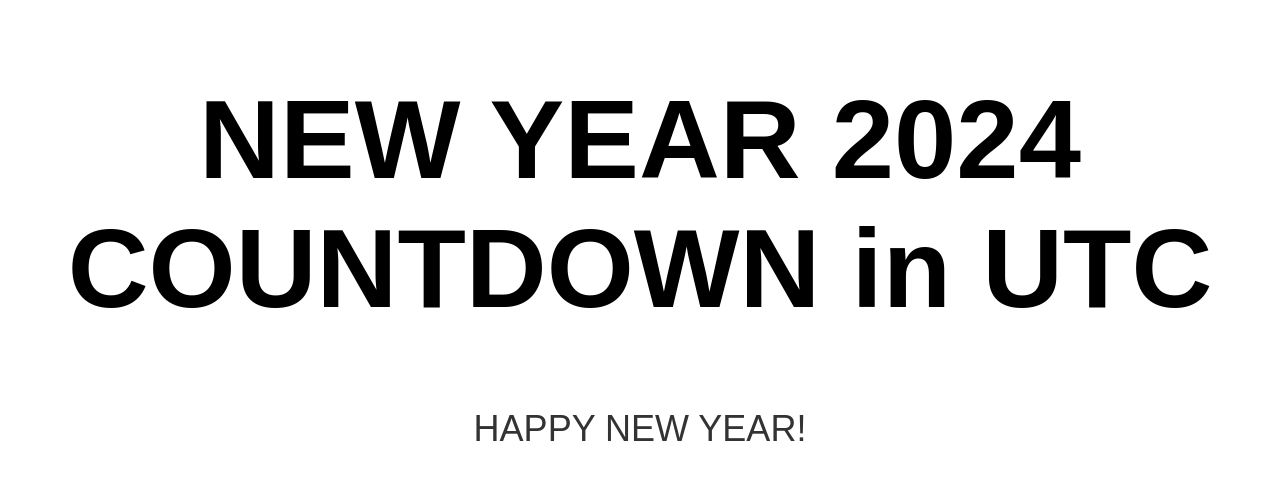
Repository: end888160/end888160.github.io
Page: countdown.html
An editor plug-in stored every save of this project. The page is shown before and after a run of saves, followed by the edit.
The browser window is 1280 px wide. The pictures show the whole page.

Above is the page before, as saved 2024-09-22 23:09:54.
Console error: TypeError: countdown is not a function

### countdown.html
<!DOCTYPE html>
<html lang="en">
<head>
	<meta charset="UTF-8">
	<meta name="viewport" content="width=device-width, initial-scale=1.0">
	<meta name="description" content="Let's celebrate the New Year!">
	<title>Countdown</title>
	<style>
	html {
		font-family: Arial, Helvetica, 'Gill Sans', 'Gill Sans MT', Calibri, 'Trebuchet MS', sans-serif;
	}
	#countdown {
		display: flex;
		justify-content: center;

		font-size: 5vh;
		margin-top: 5%;
		color: #333;
		border-color: white;


	}
	.counttdown-table {
		display: table;
	}

	.countdown-item {
		margin: 0 10px;
		text-align: center;
		display: table-cell;

	}

	.countdown-value {
		font-size: 2em;
		font-weight: bold;
		padding-left: 20px;
		padding-right: 20px;

	}

	.countdown-label {
		font-size: 0.6em;
		text-align: center;
		color: #777;
	}
	h1 {
		text-align: center;
		font-size: 7em;

	}

	@media (prefers-color-scheme: light) {
		html {
			background-color: white;
			color: black;
		}
		h2 {
			color:white;
		}
	}
	@media (prefers-color-scheme: dark) {
		.countdown-item {
			color: #bbb
		}
		h2 {
			color:black;
		}
		html {
			background-color: black;
			color: white;
		}
	}
	@media only screen and (orientation: portrait) {
		.countdown {
			display: table-row-group;
		}
		.countdown-item {
			display: table-row;
		}
		.countdown-label {
			display: table-cell;
			text-align: left;
		}
		.countdown-value {
			display: table-cell;
			padding-top: 15px;
			text-align: right;

		}
		h1 {
			font-size: x-large;
		}
	}
	</style>
</head>

<body>
	<h1 id="header">NEW YEAR COUNTDOWN</h1>

<div id="countdown">
	<div id="countdown-table">
	<div class="countdown-item">
		<div class="countdown-value"><span id="days"></span></div>
		<div class="countdown-label">Days</div>
	</div>

	<div class="countdown-item">
		<div class="countdown-value"><span id="hours"></span></div>
		<div class="countdown-label">Hours</div>
	</div>

	<div class="countdown-item">
		<div class="countdown-value"><span id="minutes"></span></div>
		<div class="countdown-label">Minutes</div>
	</div>

	<div class="countdown-item">
		<div class="countdown-value"><span id="seconds"></span></div>
		<div class="countdown-label">Seconds</div>
	</div>

	<div class="countdown-item">
		<div class="countdown-value"><span id="mseconds"></span></div>
		<div class="countdown-label"><br></div>
	</div>
</div>
</div>

<script>

// Update the count down every 1 second]
if ( new Date().getMonth() + 1 === 1 )  {
    var IfMonth = true
} else {
	var IfMonth = "false"
}
if ( new Date().getDate() === 1 )  {
    var IfDate = true
} else {
	var IfMonth = "false"
}
if ( IfMonth === IfDate ) {
    var countDownTarget = new Date().getFullYear();
} else {
	var countDownTarget = new Date().getFullYear() + 1;
}


var x = setInterval(function countdown() {

	// Set the date we're counting down to
	var countDownDate = new Date("Jan 1, " + countDownTarget + " 00:00:00").getTime();
	var currentTimeZone = Intl.DateTimeFormat().resolvedOptions().timeZone
	var offsetTimeZone = new Date().getTimezoneOffset();

	if (offsetTimeZone > 0){
    var offsetTimeZonem = offsetTimeZone - (Math.floor(offsetTimeZone / 60) * 60);
    } else if (offsetTimeZone < 0){
      var offsetTimeZonem = offsetTimeZone - (Math.ceil(offsetTimeZone / 60) * 60);
    }

    offsetTimeZone = (offsetTimeZone / 60) * (-1);
    if (offsetTimeZone > 0){
       var offsetTimeZone = "+" + offsetTimeZone;
    } else if (offsetTimeZonem < 10){
       var offsetTimeZonem = "0" + offsetTimeZonem;
	}

	// Get today's date and time
	var now = new Date().getTime();

	// Find the distance between now and the count down date
	var distance = countDownDate - now;

	// Time calculations for days, hours, minutes and seconds
	var days = Math.floor(distance / (1000 * 60 * 60 * 24));
	var hours = Math.floor((distance % (1000 * 60 * 60 * 24)) / (1000 * 60 * 60));
	var hour = hours < 10 ? "0" + hours : hours;
	var minutes = Math.floor((distance % (1000 * 60 * 60)) / (1000 * 60));
	var minute = minutes < 10 ? "0" + minutes : minutes;
	var seconds = Math.floor((distance % (1000 * 60)) / 1000);
	var second = seconds < 10 ? "0" + seconds : seconds;
	var mseconds = Math.floor(distance % 1000);
	var msecond = mseconds < 10 ? "0" + "0" + mseconds : mseconds < 100 ? "0" + mseconds : mseconds;

	// Display the result in the element with id="countdown"
	document.getElementById("days").innerHTML = days;
	document.getElementById("hours").innerHTML = hour;
	document.getElementById("minutes").innerHTML = minute;
	document.getElementById("seconds").innerHTML = second;
	document.getElementById("mseconds").innerHTML = msecond;
	if ( currentTimeZone === "UTC" ) {
		document.getElementById("header").innerHTML = "NEW YEAR " + countDownTarget + " COUNTDOWN in " + currentTimeZone;
	} else {
		document.getElementById("header").innerHTML = "NEW YEAR " + countDownTarget + " COUNTDOWN in " + currentTimeZone + " (UTC" + offsetTimeZone + ")";
	}


	// If the count down is finished, write some text
	if (distance < 0) {
		clearInterval(x);
		document.getElementById("countdown").innerHTML = "HAPPY NEW YEAR!";
	}
	setTimeout(countdown, 1);
}, 0);
document.title = "Countdown to " + countDownTarget;
countdown()
</script>
</body>
</html>

After the next 3 saves:
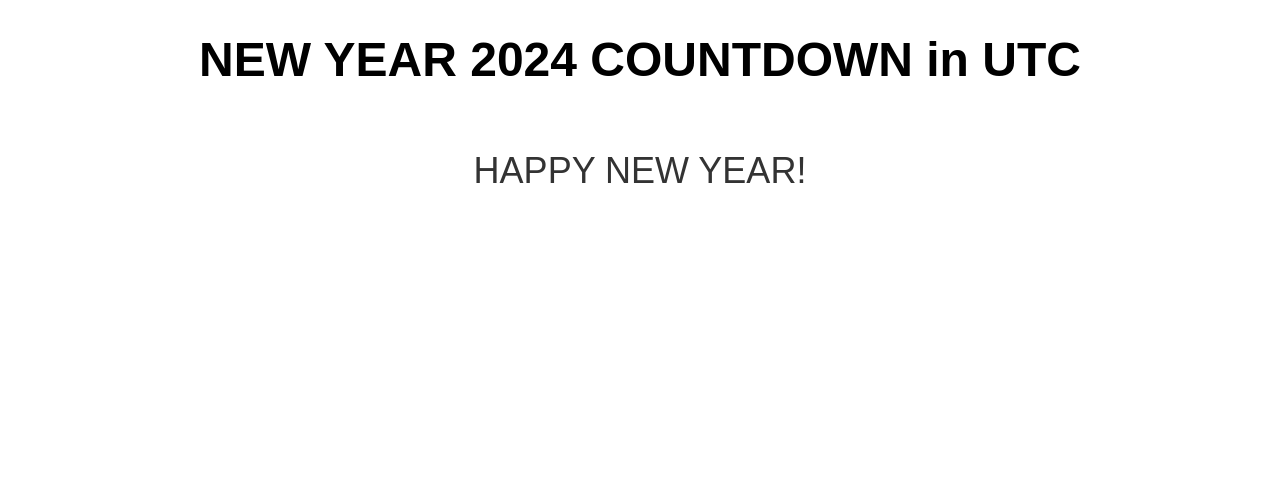
The 3 saves are shown as one change because they came seconds apart.
The last was saved 12 s later.
--- a/countdown.html
+++ b/countdown.html
@@ -46,7 +46,7 @@
 	}
 	h1 {
 		text-align: center;
-		font-size: 7em;
+		font-size: 3em;
 
 	}
 
